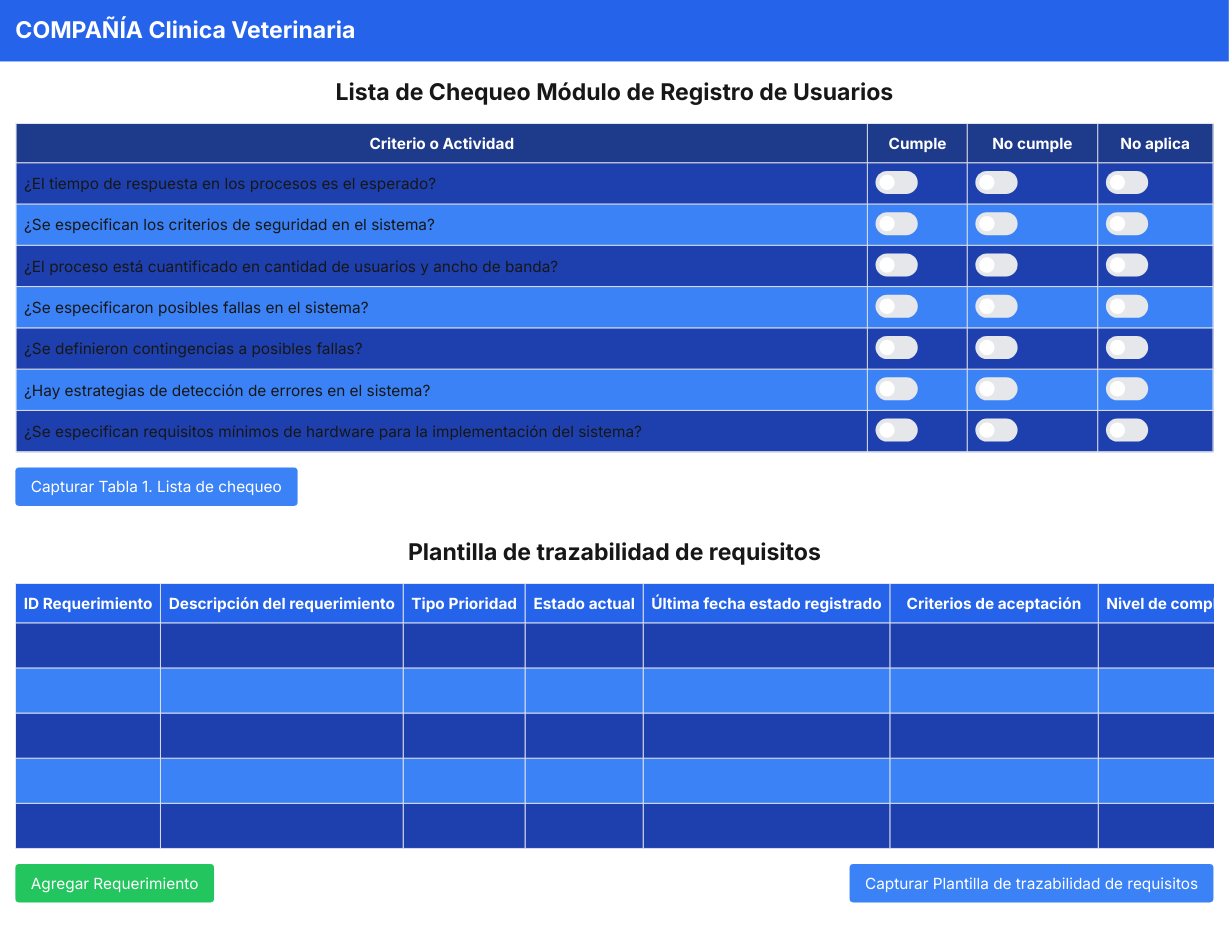
Repository: CiroAlfa/lista-de-Chequeo
Page: /
These files come from the project's save history. The page is drawn as it stood at one moment and after the next save; the edit follows.
The browser window is 1280 px wide. The pictures show the whole page, at 96% of full size.
The project was rebuilt for these pictures with package versions that can differ from the ones it lists, and the page was loaded fresh each time. The framework's server and built-in components were replaced by stand-ins that run in the browser. Also part of the build but not shown: next.config.mjs.

Above is the page before, as saved 2024-09-27 13:26:30.

### src/app/layout.tsx
import './globals.css'
import type { Metadata } from 'next'
import { Inter } from 'next/font/google'

const inter = Inter({ subsets: ['latin'] })

export const metadata: Metadata = {
  title: 'Checklist App - Clinica Veterinaria',
  description: 'Aplicación de chequeo y trazabilidad de requisitos',
}

export default function RootLayout({
  children,
}: {
  children: React.ReactNode
}) {
  return (
    <html lang="es">
      <body className={inter.className}>
        <header className="bg-blue-600 text-white p-4">
          <h1 className="text-2xl font-bold">COMPAÑÍA Clinica Veterinaria</h1>
        </header>
        {children}
      </body>
    </html>
  )
}

### src/app/page.tsx
'use client'

import { useState } from 'react'
import { Switch } from '@headlessui/react'
import html2canvas from 'html2canvas'

interface ChecklistItem {
  id: number
  criteria: string
  cumple: boolean
  noCumple: boolean
  noAplica: boolean
}

interface RequirementItem {
  id: string
  description: string
  priority: string
  status: string
  lastUpdated: string
  acceptanceCriteria: string
  complexity: string
  deliverables: string
  testScenarios: string
  stakeholder: string
}

const initialChecklist: ChecklistItem[] = [
  { id: 1, criteria: '¿El tiempo de respuesta en los procesos es el esperado?', cumple: false, noCumple: false, noAplica: false },
  { id: 2, criteria: '¿Se especifican los criterios de seguridad en el sistema?', cumple: false, noCumple: false, noAplica: false },
  { id: 3, criteria: '¿El proceso está cuantificado en cantidad de usuarios y ancho de banda?', cumple: false, noCumple: false, noAplica: false },
  { id: 4, criteria: '¿Se especificaron posibles fallas en el sistema?', cumple: false, noCumple: false, noAplica: false },
  { id: 5, criteria: '¿Se definieron contingencias a posibles fallas?', cumple: false, noCumple: false, noAplica: false },
  { id: 6, criteria: '¿Hay estrategias de detección de errores en el sistema?', cumple: false, noCumple: false, noAplica: false },
  { id: 7, criteria: '¿Se especifican requisitos mínimos de hardware para la implementación del sistema?', cumple: false, noCumple: false, noAplica: false },
]

const initialRequirements: RequirementItem[] = Array(5).fill(null).map((_, index) => ({
  id: ``,
  description: '',
  priority: '',
  status: '',
  lastUpdated: '',
  acceptanceCriteria: '',
  complexity: '',
  deliverables: '',
  testScenarios: '',
  stakeholder: '',
}))

export default function Home() {
  const [checklist, setChecklist] = useState<ChecklistItem[]>(initialChecklist)
  const [requirements, setRequirements] = useState<RequirementItem[]>(initialRequirements)

  const handleChecklistChange = (id: number, field: 'cumple' | 'noCumple' | 'noAplica') => {
    setChecklist(checklist.map(item => {
      if (item.id === id) {
        const newItem = { ...item, [field]: !item[field] }
        if (newItem[field]) {
          newItem.cumple = field === 'cumple'
          newItem.noCumple = field === 'noCumple'
          newItem.noAplica = field === 'noAplica'
        }
        return newItem
      }
      return item
    }))
  }

  const handleRequirementChange = (index: number, field: keyof RequirementItem, value: string) => {
    setRequirements(requirements.map((item, i) =>
      i === index ? { ...item, [field]: value } : item
    ))
  }

  const addRequirement = () => {
    setRequirements([...requirements, {
      id: '',
      description: '',
      priority: '',
      status: '',
      lastUpdated: '',
      acceptanceCriteria: '',
      complexity: '',
      deliverables: '',
      testScenarios: '',
      stakeholder: '',
    }])
  }

  const captureScreenshot = async (elementId: string, fileName: string) => {
    const element = document.getElementById(elementId)
    if (element) {
      const canvas = await html2canvas(element)
      const image = canvas.toDataURL('image/png')
      const link = document.createElement('a')
      link.href = image
      link.download = fileName
      link.click()
    }
  }

  return (
    <main className="container mx-auto p-4">
      <div className="mb-8" id="checklist-table">
        <h2 className="text-2xl font-bold mb-4 text-center">Lista de Chequeo Módulo de Registro de Usuarios</h2>
        <table className="w-full border-collapse">
          <thead>
            <tr className="bg-blue-900 text-white">
              <th className="border p-2">Criterio o Actividad</th>
              <th className="border p-2">Cumple</th>
              <th className="border p-2">No cumple</th>
              <th className="border p-2">No aplica</th>
            </tr>
          </thead>
          <tbody>
            {checklist.map((item, index) => (
              <tr key={item.id} className={index % 2 === 0 ? 'bg-blue-800' : 'bg-blue-500'}>
                <td className="border p-2">{item.criteria}</td>
                <td className="border p-2">
                  <Switch
                    checked={item.cumple}
                    onChange={() => handleChecklistChange(item.id, 'cumple')}
                    className={`${item.cumple ? 'bg-blue-600' : 'bg-gray-200'} relative inline-flex h-6 w-11 items-center rounded-full`}
                  >
                    <span className={`${item.cumple ? 'translate-x-6' : 'translate-x-1'} inline-block h-4 w-4 transform rounded-full bg-white transition`} />
                  </Switch>
                </td>
                <td className="border p-2">
                  <Switch
                    checked={item.noCumple}
                    onChange={() => handleChecklistChange(item.id, 'noCumple')}
                    className={`${item.noCumple ? 'bg-blue-600' : 'bg-gray-200'} relative inline-flex h-6 w-11 items-center rounded-full`}
                  >
                    <span className={`${item.noCumple ? 'translate-x-6' : 'translate-x-1'} inline-block h-4 w-4 transform rounded-full bg-white transition`} />
                  </Switch>
                </td>
                <td className="border p-2">
                  <Switch
                    checked={item.noAplica}
                    onChange={() => handleChecklistChange(item.id, 'noAplica')}
                    className={`${item.noAplica ? 'bg-blue-600' : 'bg-gray-200'} relative inline-flex h-6 w-11 items-center rounded-full`}
                  >
                    <span className={`${item.noAplica ? 'translate-x-6' : 'translate-x-1'} inline-block h-4 w-4 transform rounded-full bg-white transition`} />
                  </Switch>
                </td>
              </tr>
            ))}
          </tbody>
        </table>
        <button
          onClick={() => captureScreenshot('checklist-table', 'lista-de-chequeo.png')}
          className="mt-4 bg-blue-500 text-white px-4 py-2 rounded hover:bg-blue-600 transition-colors"
        >
          Capturar Tabla 1. Lista de chequeo
        </button>
      </div>

      <div className="mb-8" id="requirements-table">
        <h2 className="text-2xl font-bold mb-4 text-center">Plantilla de trazabilidad de requisitos</h2>
        <div className="overflow-x-auto">
          <table className="w-full border-collapse">
            <thead>
              <tr className="bg-blue-600 text-white">
                <th className="border p-2 whitespace-nowrap">ID Requerimiento</th>
                <th className="border p-2 whitespace-nowrap">Descripción del requerimiento</th>
                <th className="border p-2 whitespace-nowrap">Tipo Prioridad</th>
                <th className="border p-2 whitespace-nowrap">Estado actual</th>
                <th className="border p-2 whitespace-nowrap">Última fecha estado registrado</th>
                <th className="border p-2 whitespace-nowrap">Criterios de aceptación</th>
                <th className="border p-2 whitespace-nowrap">Nivel de complejidad</th>
                <th className="border p-2 whitespace-nowrap">Entregables</th>
                <th className="border p-2 whitespace-nowrap">Escenarios de pruebas</th>
                <th className="border p-2 whitespace-nowrap">Interesado en el requisito</th>
              </tr>
            </thead>
            <tbody>
              {requirements.map((item, index) => (
                <tr key={index} className={index % 2 === 0 ? 'bg-blue-800' : 'bg-blue-500'}>
                  <td className="border p-2">
                    <input
                      type="text"
                      value={item.id}
                      onChange={(e) => handleRequirementChange(index, 'id', e.target.value)}
                      className="w-full bg-transparent min-w-[100px]"
                    />
                  </td>
                  <td className="border p-2">
                    <textarea
                      value={item.description}
                      onChange={(e) => handleRequirementChange(index, 'description', e.target.value)}
                      className="w-full bg-transparent min-w-[200px] resize-none overflow-hidden"
                      rows={1}
                      onInput={(e) => {
                        e.currentTarget.style.height = 'auto'
                        e.currentTarget.style.height = e.currentTarget.scrollHeight + 'px'
                      }}
                    />
                  </td>
                  <td className="border p-2">
                    <input
                      type="text"
                      value={item.priority}
                      onChange={(e) => handleRequirementChange(index, 'priority', e.target.value)}
                      className="w-full bg-transparent min-w-[100px]"
                    />
                  </td>
                  <td className="border p-2">
                    <input
                      type="text"
                      value={item.status}
                      onChange={(e) => handleRequirementChange(index, 'status', e.target.value)}
                      className="w-full bg-transparent min-w-[100px]"
                    />
                  </td>
                  <td className="border p-2">
                    <input
                      type="text"
                      value={item.lastUpdated}
                      onChange={(e) => handleRequirementChange(index, 'lastUpdated', e.target.value)}
                      className="w-full bg-transparent min-w-[100px]"
                    />
                  </td>
                  <td className="border p-2">
                    <textarea
                      value={item.acceptanceCriteria}
                      onChange={(e) => handleRequirementChange(index, 'acceptanceCriteria', e.target.value)}
                      className="w-full bg-transparent min-w-[200px] resize-none overflow-hidden"
                      rows={1}
                      onInput={(e) => {
                        e.currentTarget.style.height = 'auto'
                        e.currentTarget.style.height = e.currentTarget.scrollHeight + 'px'
                      }}
                    />
                  </td>
                  <td className="border p-2">
                    <input
                      type="text"
                      value={item.complexity}
                      onChange={(e) => handleRequirementChange(index, 'complexity', e.target.value)}
                      className="w-full bg-transparent min-w-[100px]"
                    />
                  </td>
                  <td className="border p-2">
                    <textarea
                      value={item.deliverables}
                      onChange={(e) => handleRequirementChange(index, 'deliverables', e.target.value)}
                      className="w-full bg-transparent min-w-[200px] resize-none overflow-hidden"
                      rows={1}
                      onInput={(e) => {
                        e.currentTarget.style.height = 'auto'
                        e.currentTarget.style.height = e.currentTarget.scrollHeight + 'px'
                      }}
                    />
                  </td>
                  <td className="border p-2">
                    <textarea
                      value={item.testScenarios}
                      onChange={(e) => handleRequirementChange(index, 'testScenarios', e.target.value)}
                      className="w-full bg-transparent min-w-[200px] resize-none overflow-hidden"
                      rows={1}
                      onInput={(e) => {
                        e.currentTarget.style.height = 'auto'
                        e.currentTarget.style.height = e.currentTarget.scrollHeight + 'px'
                      }}
                    />
                  </td>
                  <td className="border p-2">
                    <input
                      type="text"
                      value={item.stakeholder}
                      onChange={(e) => handleRequirementChange(index, 'stakeholder', e.target.value)}
                      className="w-full bg-transparent min-w-[100px]"
                    />
                  </td>
                </tr>
              ))}
            </tbody>
          </table>
        </div>
        <div className="mt-4 flex justify-between">
          <button
            onClick={addRequirement}
            className="bg-green-500 text-white px-4 py-2 rounded hover:bg-green-600 transition-colors"
          >
            Agregar Requerimiento
          </button>
          <button
            onClick={() => captureScreenshot('requirements-table', 'plantilla-trazabilidad-requisitos.png')}
            className="bg-blue-500 text-white px-4 py-2 rounded hover:bg-blue-600 transition-colors"
          >
            Capturar Plantilla de trazabilidad de requisitos
          </button>
        </div>
      </div>
    </main>
  )
}

Loaded but not shown: src/app/globals.css (common file); tailwind.config.ts (common file)

After the next save:
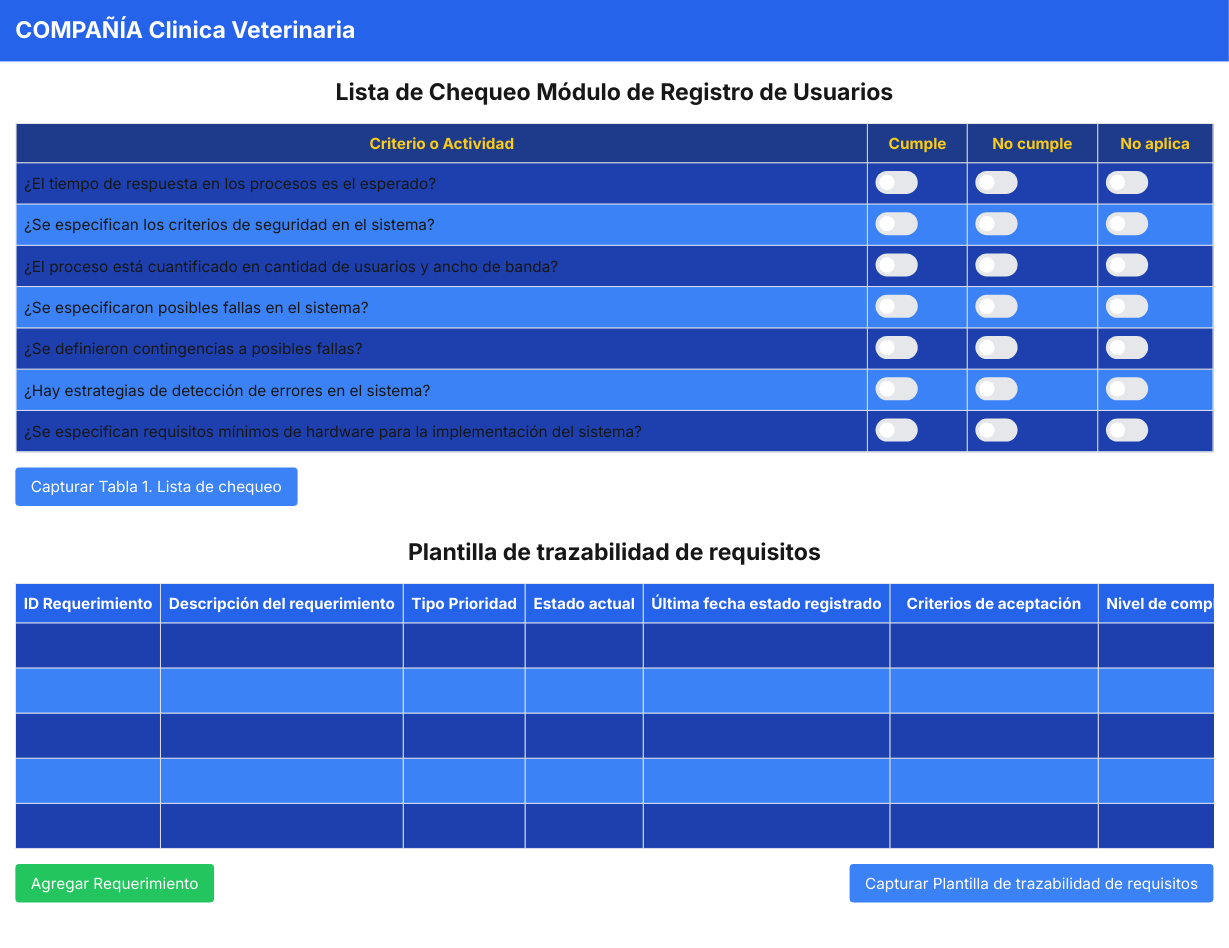
Saved 30 s later.
--- a/src/app/page.tsx
+++ b/src/app/page.tsx
@@ -106,7 +106,7 @@
         <h2 className="text-2xl font-bold mb-4 text-center">Lista de Chequeo Módulo de Registro de Usuarios</h2>
         <table className="w-full border-collapse">
           <thead>
-            <tr className="bg-blue-900 text-white">
+            <tr className="bg-blue-900 text-yellow-400">
               <th className="border p-2">Criterio o Actividad</th>
               <th className="border p-2">Cumple</th>
               <th className="border p-2">No cumple</th>

After the save that followed:
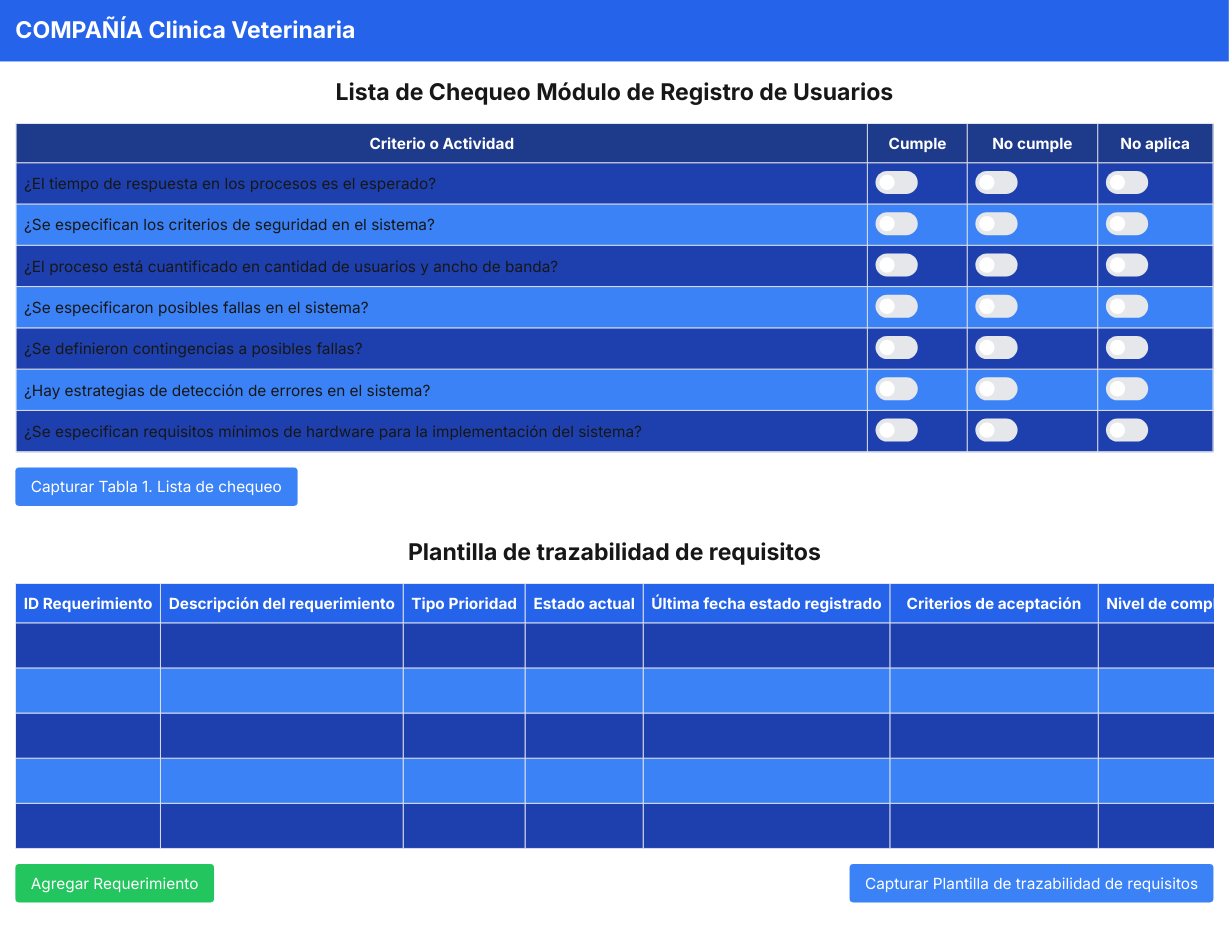
Saved 28 s later.
--- a/src/app/page.tsx
+++ b/src/app/page.tsx
@@ -106,7 +106,7 @@
         <h2 className="text-2xl font-bold mb-4 text-center">Lista de Chequeo Módulo de Registro de Usuarios</h2>
         <table className="w-full border-collapse">
           <thead>
-            <tr className="bg-blue-900 text-yellow-400">
+            <tr className="bg-blue-900 text-white">
               <th className="border p-2">Criterio o Actividad</th>
               <th className="border p-2">Cumple</th>
               <th className="border p-2">No cumple</th>
